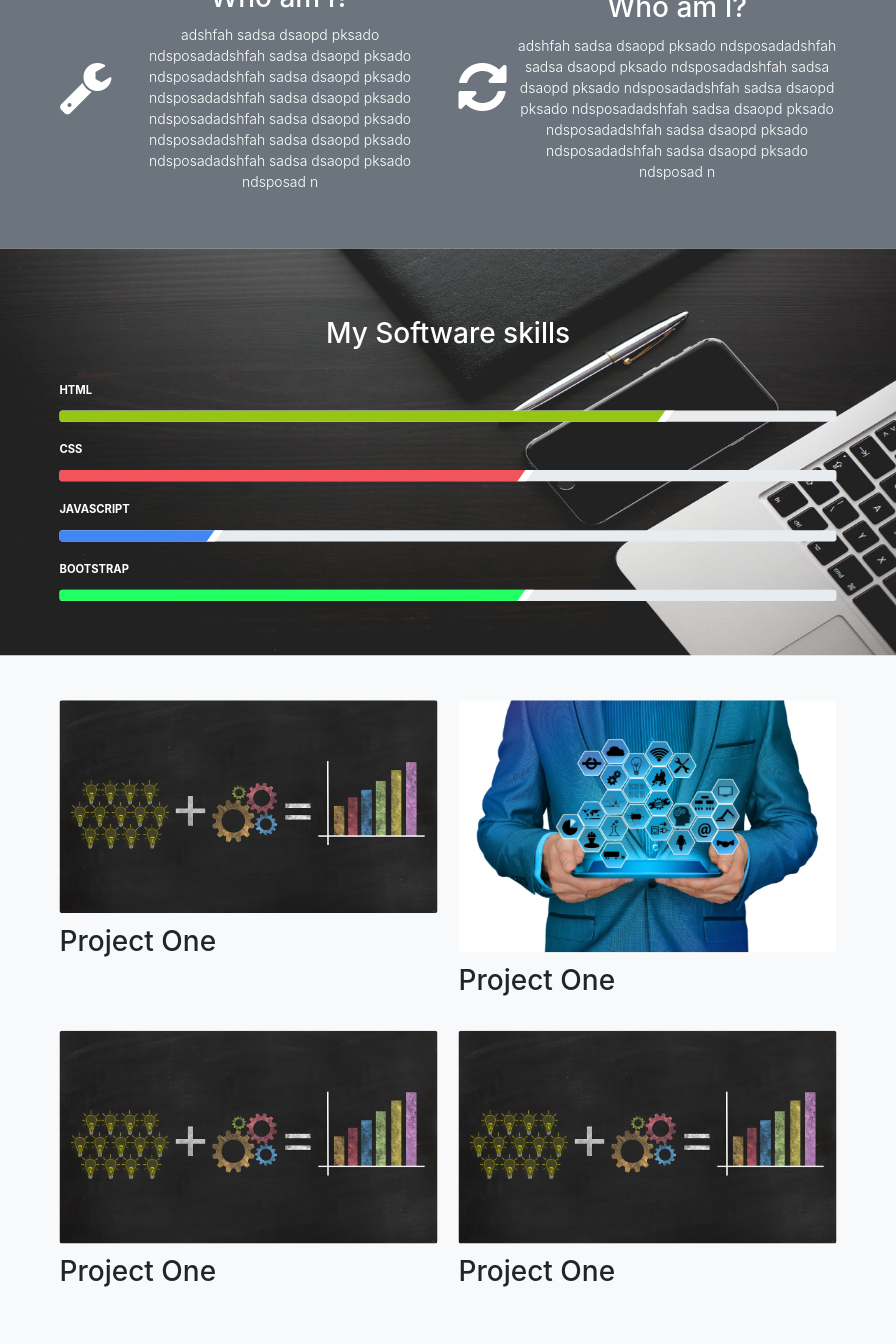
Repository: Kraljiccar/User-Centric-Frontend-Development-Milestone-Project
Page: index.html
The author's editor kept a record of every edit. The page is drawn from the files as they stood at one moment, then again after the next edit.
The browser window is 1280 px wide. The pictures show the part of the page from y = 829 to 2749 px (the page is 2749 px tall), at 70% of full size.
Backgrounds fixed to the window are drawn as part of the page.

Above is the page before.

After the next edit:
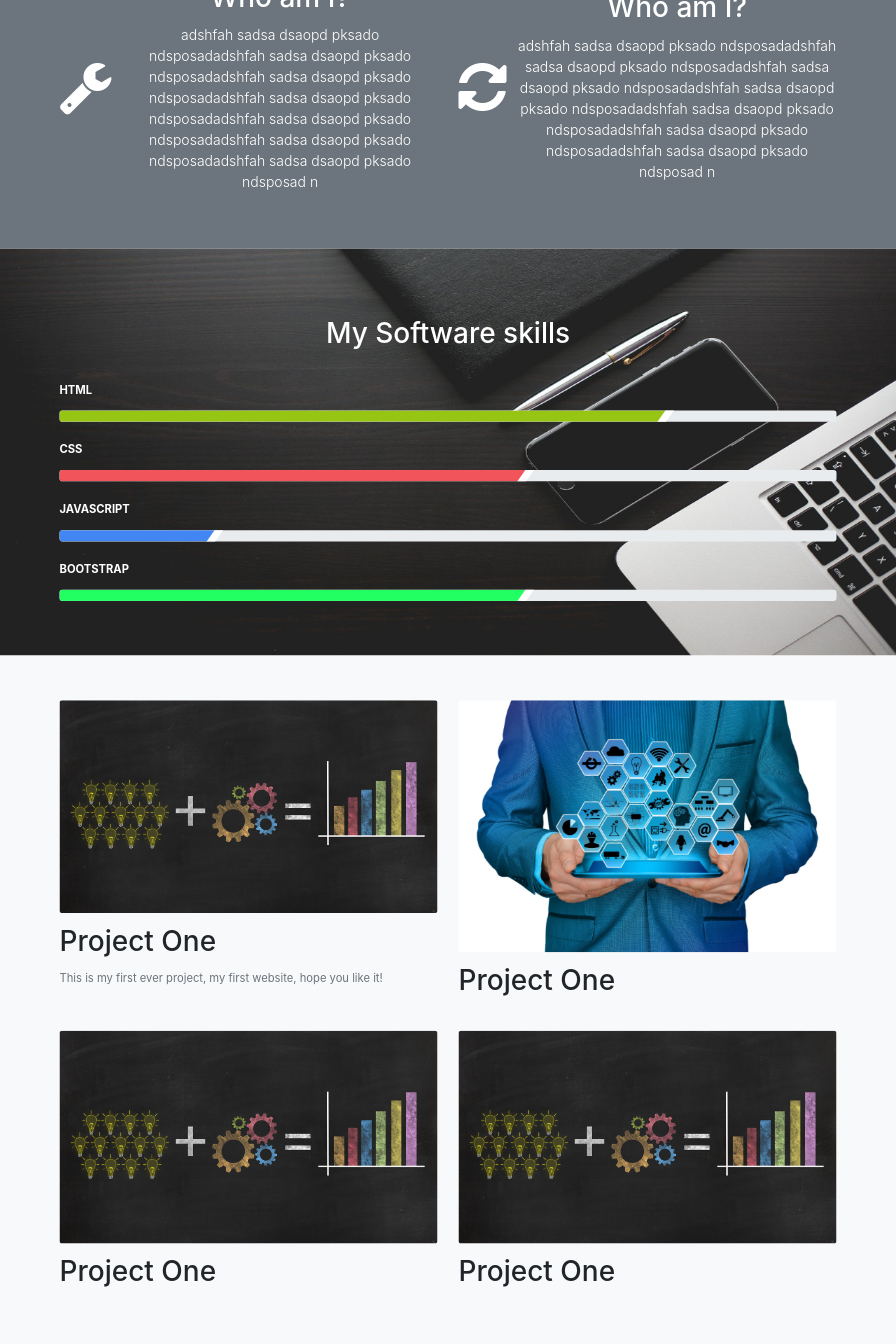
The edit:
--- a/index.html
+++ b/index.html
@@ -93,6 +93,7 @@
           <div class="col-sm-6 my-3">
               <img src="assets/images/success.jpg" alt="#" class="img-fluid rounded" alt="picture">
             <h1 class="my-3">Project One</h1>
+            <p class="text-muted">This is my first ever project, my first website, hope you like it!</p>
           </div>
           <div class="col-sm-6 my-3">
               <img src="assets/images/industry.jpg" alt="#" class="img-fluid rounded" alt="picture">
